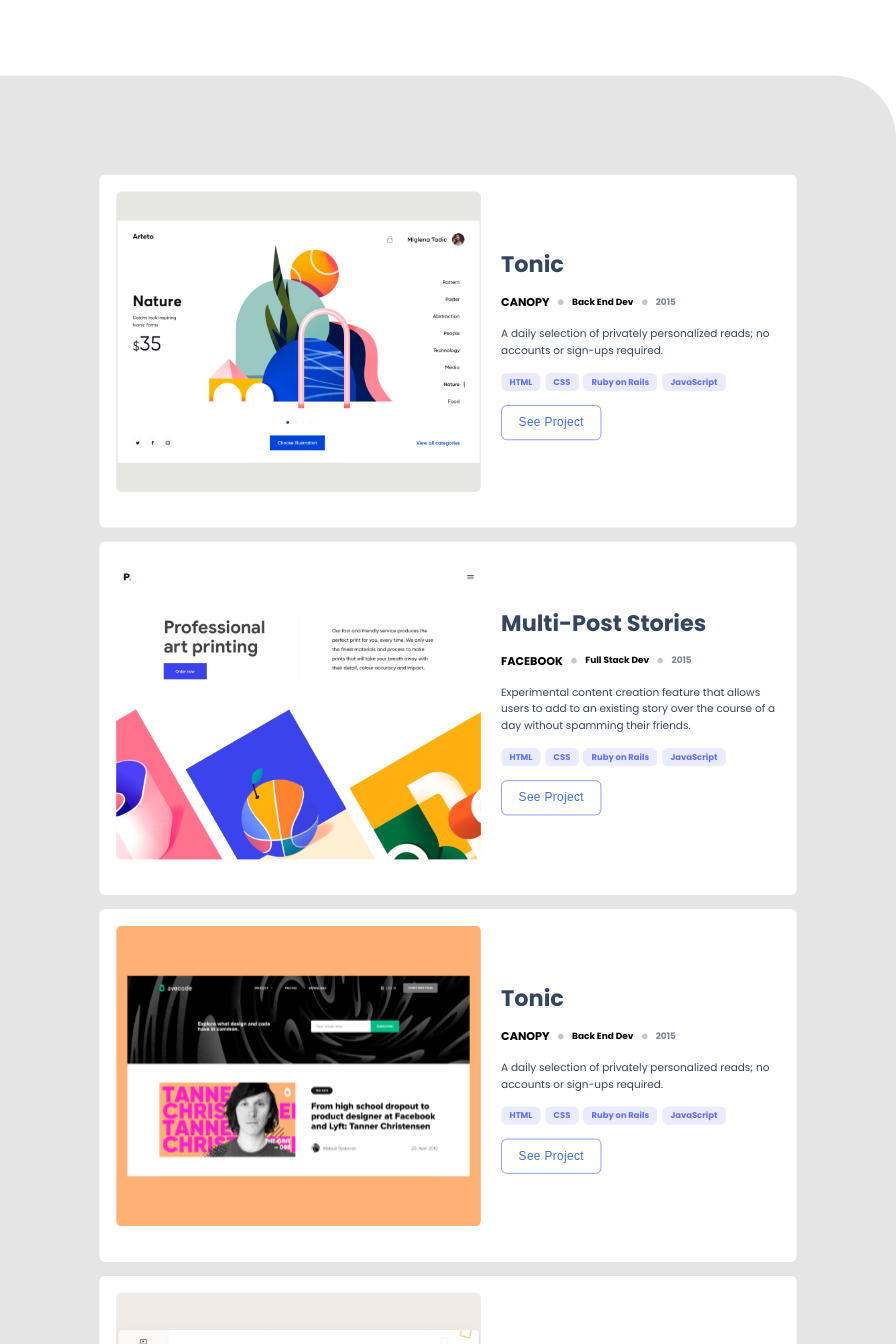
Repository: musangamfure/portfolio
Page: index.html
These files come from the project's save history. The page is drawn as it stood at one moment and after the next save; the edit follows.
The browser window is 1280 px wide. The pictures show the part of the page from y = 834 to 2754 px (the page is 4907 px tall before and 2830 px after), at 70% of full size.
Some web libraries are served in a nearby version.

Above is the page before, as saved 2023-04-13 21:59:38.

After the next save:
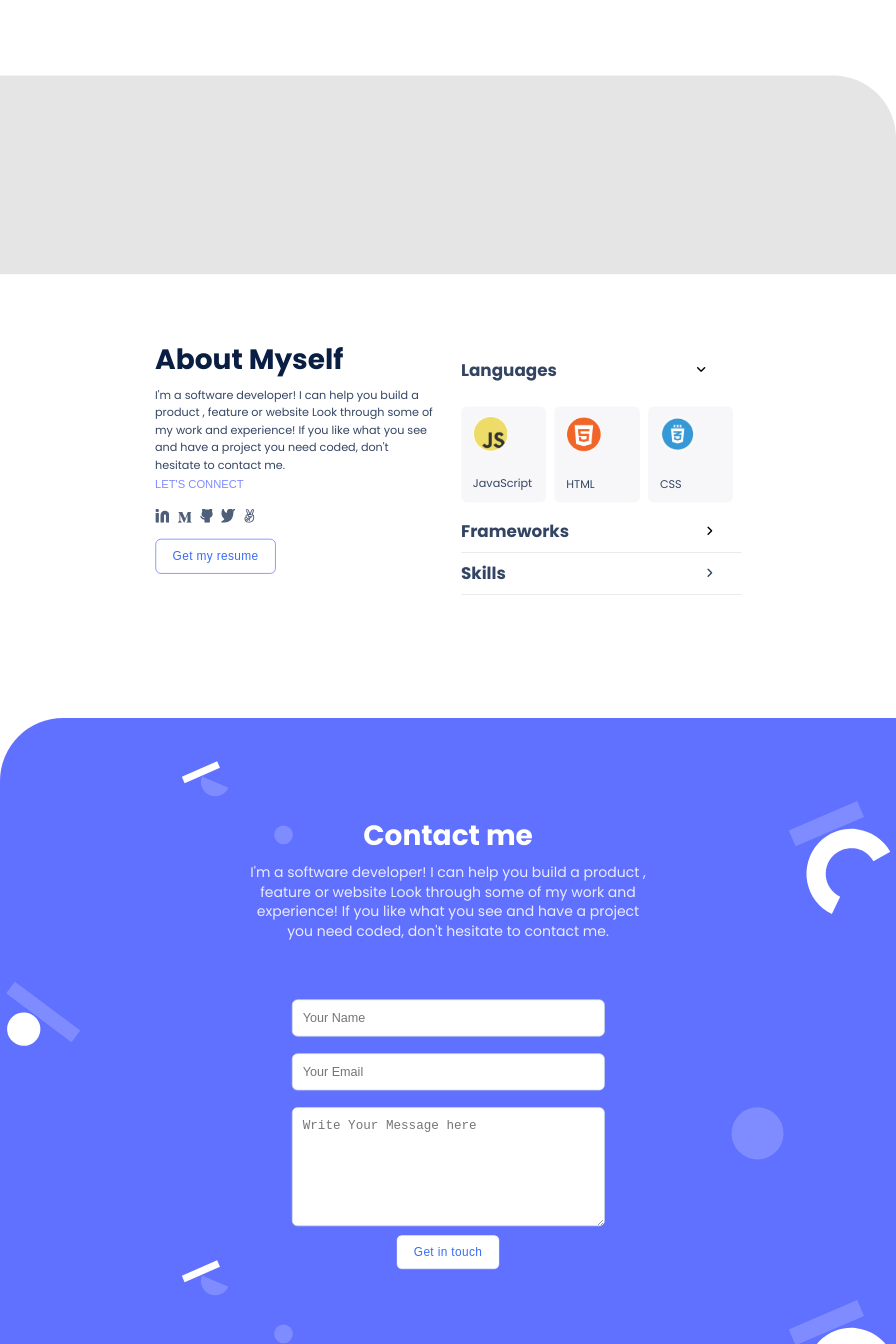
Console error: SyntaxError: Identifier 'closeIcon' has already been declared
Saved 4 s later.
--- a/script.js
+++ b/script.js
@@ -110,7 +110,7 @@
 const projectModals = document.querySelector(".project-modal");
 const modalCloseBtns = document.querySelectorAll(".modal-btn");
 const seeProjectBtns = document.querySelectorAll(".simple-button");
-// const closeIcon = document.querySelector('')
+const closeIcon = document.querySelector('')
 
 seeProjectBtns.forEach((seeProjectBtn, i) => {
   seeProjectBtn.addEventListener("click", () => {

After the 6 saves that followed:
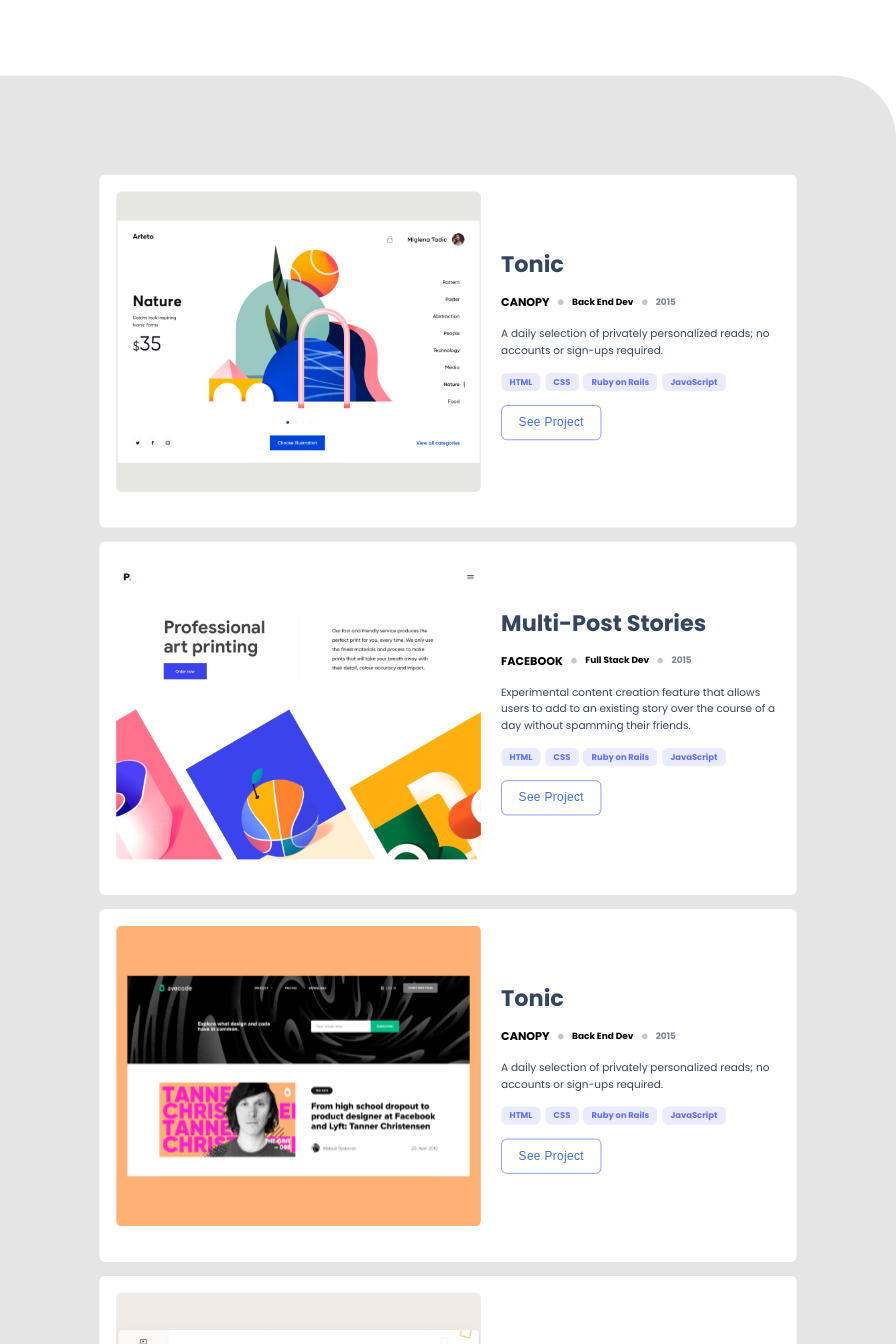
The error is gone.
The 6 saves are shown as one change because 3 left the picture as it was and some came seconds apart.
The last was saved 54 s later.
--- a/script.js
+++ b/script.js
@@ -108,9 +108,8 @@
 // ========= Window Popup ==========
 
 const projectModals = document.querySelector(".project-modal");
-const modalCloseBtns = document.querySelectorAll(".modal-btn");
+const modalCloseBtns = document.querySelectorAll("#close-icon");
 const seeProjectBtns = document.querySelectorAll(".simple-button");
-const closeIcon = document.querySelector('')
 
 seeProjectBtns.forEach((seeProjectBtn, i) => {
   seeProjectBtn.addEventListener("click", () => {
